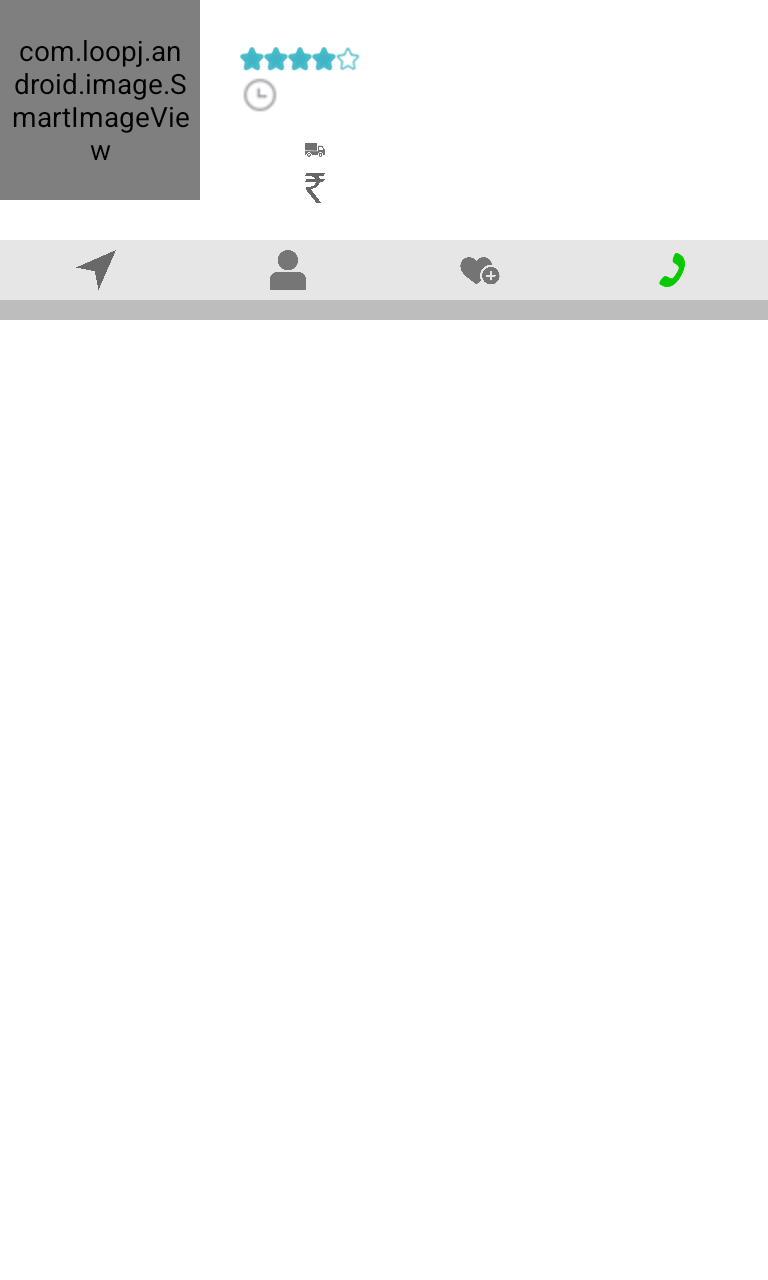
Repository: amitvikramjaiswal/amit-work
Layout: MandiTrades/MandiTradesAndroid/res/layout/sellers_list_template.xml
An editor plug-in stored every save of this project. The layout is shown before and after the next save, followed by the edit.
Pictures or frames that could not be fetched are drawn as grey boxes. It is drawn on a 768 x 1280 px phone screen (xhdpi) without system bars, with theme AppTheme; the app's code is not run. Lists and similar views that code fills are empty.

Above is the layout before, as saved 2014-11-14 16:24:57.

After the next save:
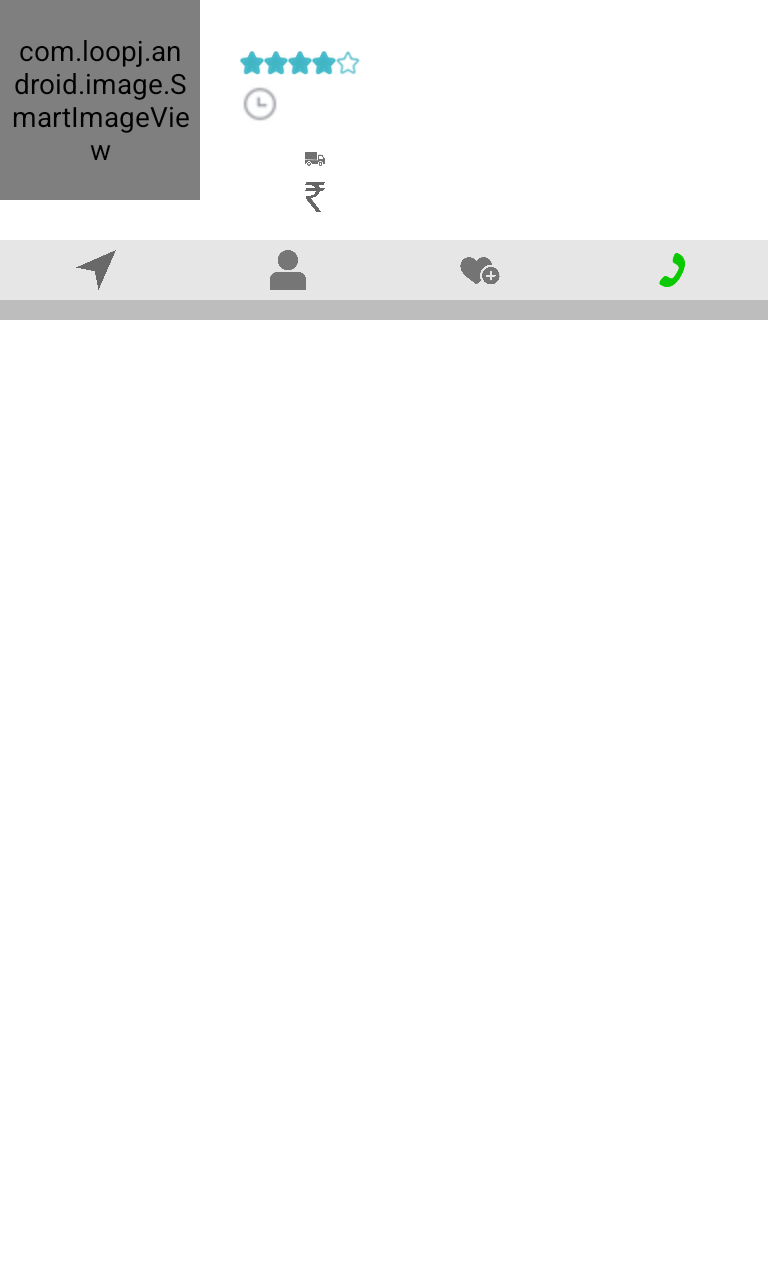
Saved 2 min 10 s later.
--- a/MandiTrades/MandiTradesAndroid/res/layout/sellers_list_template.xml
+++ b/MandiTrades/MandiTradesAndroid/res/layout/sellers_list_template.xml
@@ -65,21 +65,38 @@
                     android:visibility="gone" />
             </LinearLayout>
 
-            <RatingBar
-                android:id="@+id/rb1"
-                android:layout_width="wrap_content"
-                android:layout_height="12dp"
-                android:clickable="false"
-                android:focusable="false"
-                android:focusableInTouchMode="false"
-                android:isIndicator="true"
-                android:numStars="5"
-                android:progressDrawable="@drawable/rating_bar"
-                android:rating="4.0"
-                android:stepSize="0.5" />
+            <LinearLayout
+                android:id="@+id/rating"
+                android:layout_width="match_parent"
+                android:layout_height="wrap_content"
+                android:gravity="center_vertical"
+                android:orientation="horizontal" >
+
+                <RatingBar
+                    android:id="@+id/rb1"
+                    android:layout_width="wrap_content"
+                    android:layout_height="12dp"
+                    android:clickable="false"
+                    android:focusable="false"
+                    android:focusableInTouchMode="false"
+                    android:isIndicator="true"
+                    android:numStars="5"
+                    android:progressDrawable="@drawable/rating_bar"
+                    android:rating="4.0"
+                    android:stepSize="0.5" />
+
+                <TextView
+                    android:id="@+id/rated_by_tv"
+                    android:layout_width="wrap_content"
+                    android:layout_height="wrap_content"
+                    android:layout_gravity="center_vertical"
+                    android:paddingLeft="@dimen/padding_small"
+                    android:textColor="#A4A4A4"
+                    android:textSize="@dimen/text_size_small" />
+            </LinearLayout>
 
             <TextView
-                android:id="@+id/tv3"
+                android:id="@+id/posted_on"
                 android:layout_width="wrap_content"
                 android:layout_height="wrap_content"
                 android:drawableLeft="@drawable/clock_icon"
